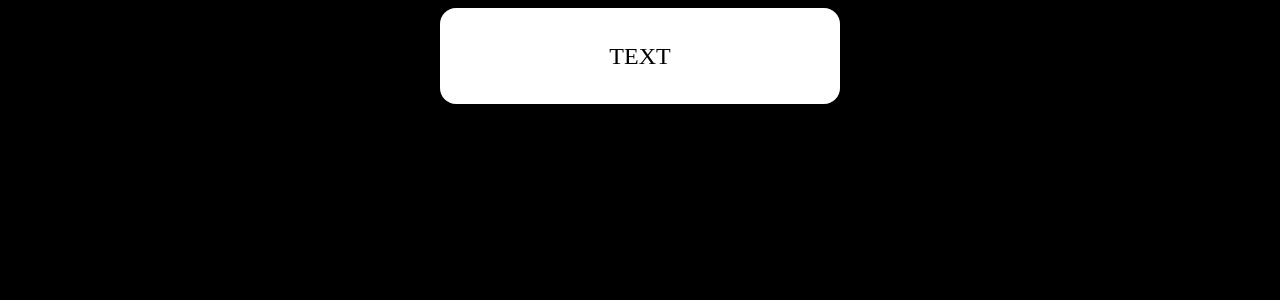
Repository: rajratangm/xcalculator
Page: /
These files come from the project's save history. The page is drawn as it stood at one moment and after a run of saves; the edit follows.
The browser window is 1280 px wide. The pictures show the whole page.
The project was rebuilt for these pictures with package versions that can differ from the ones it lists, and the page was loaded fresh each time. Also part of the build but not shown: vite.config.js, src/Component/Keyboard.jsx.

Above is the page before, as saved 2024-04-02 18:54:28.

### src/App.jsx
import { useState } from 'react'
import Button from './Component/Button/Button'

import './App.css'
import Keyboard from './Component/Keyboard'

function App() {


  return (
    <div className='App'>

    <div className='calculator-wrapper'>

    <Button/>
    </div>

    </div>
  )
}

export default App

### src/Component/Button/Button.jsx
import './Button.css'


const Button=()=>{
    return <div className='button-wrapper'>
TEXT
    </div>
}

export default Button

### src/App.css
body{
  background-color: black;

}

.App{
  display: flex;
  justify-content: center;
  align-items: center;
}

.calculator-wrapper{
  background-color:white;
  width:400px;
  border-radius: 16px;

}

### src/Component/Button/Button.css
.button-wrapper{
    height: 4em;
    display: flex;
    align-items: center;
    justify-content: center;
    font-size: 24px;
    background-color

}

Loaded but not shown: index.html (common file); src/main.jsx (common file)

After the next 2 saves:
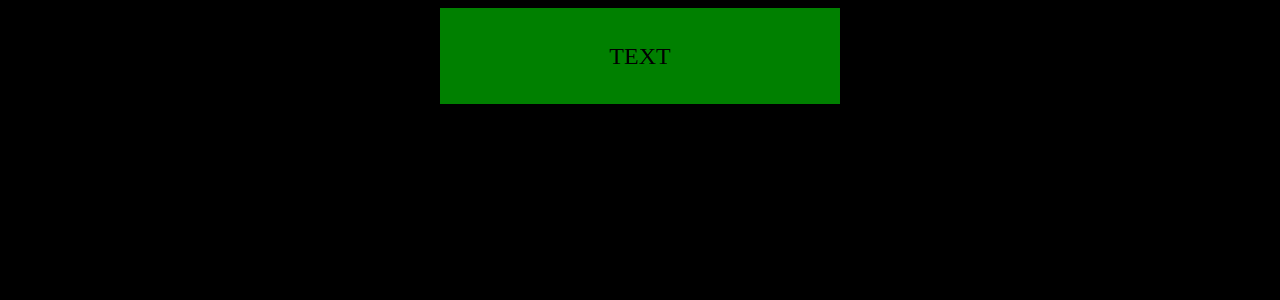
The 2 saves are shown as one change because they came seconds apart.
The last was saved 9 s later.
--- a/src/Component/Button/Button.css
+++ b/src/Component/Button/Button.css
@@ -4,6 +4,7 @@
     align-items: center;
     justify-content: center;
     font-size: 24px;
-    background-color
+    background-color:green;
+
 
 }
